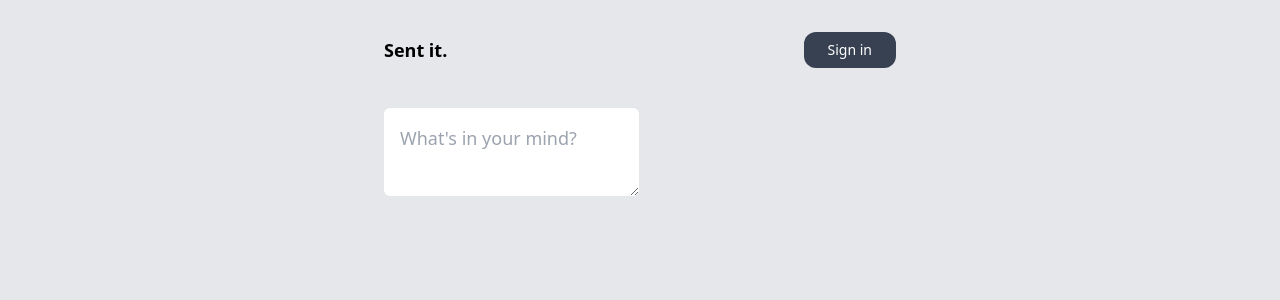
Repository: Saadelfadil/Nextjs_fullstack_app
Page: /
These files come from the project's save history. The page is drawn as it stood at one moment and after a run of saves; the edit follows.
The browser window is 1280 px wide. The pictures show the whole page.
The page's requests for data from a server got no answer. The project was rebuilt for these pictures with package versions that can differ from the ones it lists, and the page was loaded fresh each time. The framework's server and built-in components were replaced by stand-ins that run in the browser. No one was signed in, and anything a server would have sent is missing. Also part of the build but not shown: next.config.js, app/auth/Logged.tsx.

Above is the page before, as saved 2023-02-24 18:26:32.

After the next 2 saves:
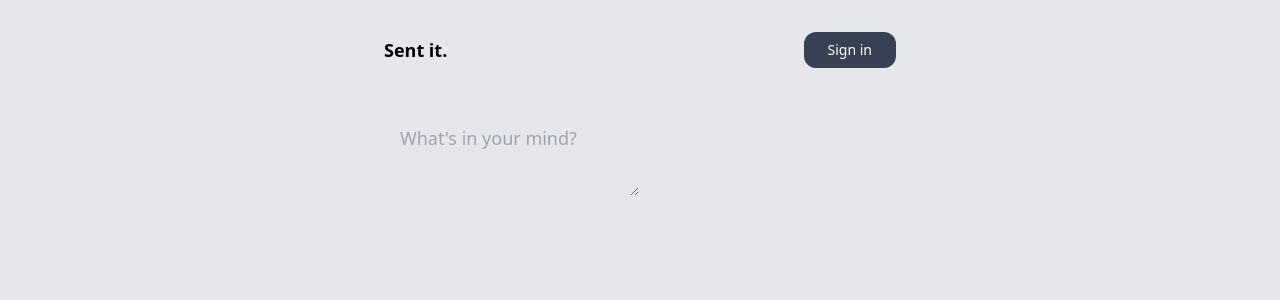
The 2 saves are shown as one change because they came seconds apart.
The last was saved 5 s later.
--- a/app/components/AddPost.tsx
+++ b/app/components/AddPost.tsx
@@ -11,7 +11,7 @@ const AddPost = () => {
             name="title"
             value={title}
             placeholder={"What's in your mind?"}
-            className="p-4 text-lg rounded-md my-2 "
+            className="p-4 text-lg rounded-md my-2 bg-gray-200"
             >
             </textarea>
         </div>
